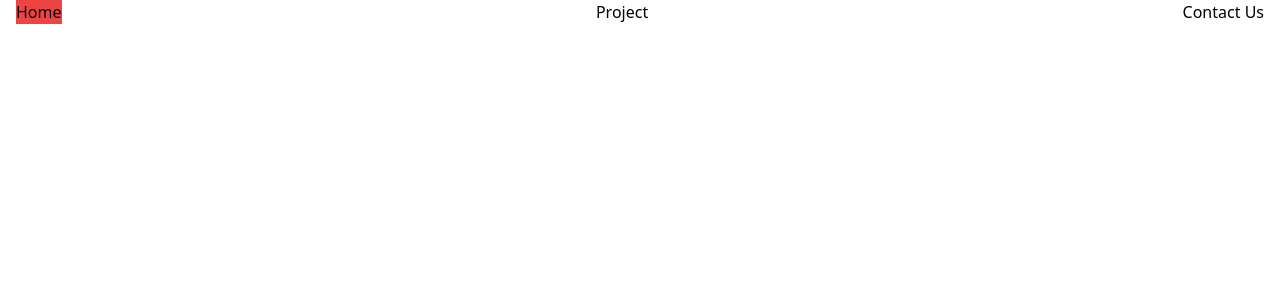
Repository: ashut6138/RozarpayClone
Page: Desktop/RozarpayClone/index.html
The author's editor kept a copy of each file at every save. The page is drawn from the files as they stood at one save, then again after a run of saves.
The browser window is 1280 px wide. The pictures show the whole page.
Some web libraries are served in a nearby version.

Above is the page before, as saved 2025-01-21 23:07:15.

### Desktop/RozarpayClone/index.html
<!DOCTYPE html>
<html lang="en">
<head>
    <meta charset="UTF-8">
    <meta name="viewport" content="width=device-width, initial-scale=1.0">
    <title>tailwind intro</title>
    <link rel="stylesheet" href="./main.css">
    <script src="https://cdn.tailwindcss.com"></script>
</head>
<body>
    <nav>
        <ul class="flex justify-between">
            <li class="mx-4 bg-red-500">Home</li>
            <li class="mx-4 bg-white">Project</li>
            <li class="mx-4 bg">Contact Us</li>
        </ul>
    </nav>

</body>
</html>

Loaded but not shown: Desktop/RozarpayClone/main.css (common file)

After the next 3 saves:
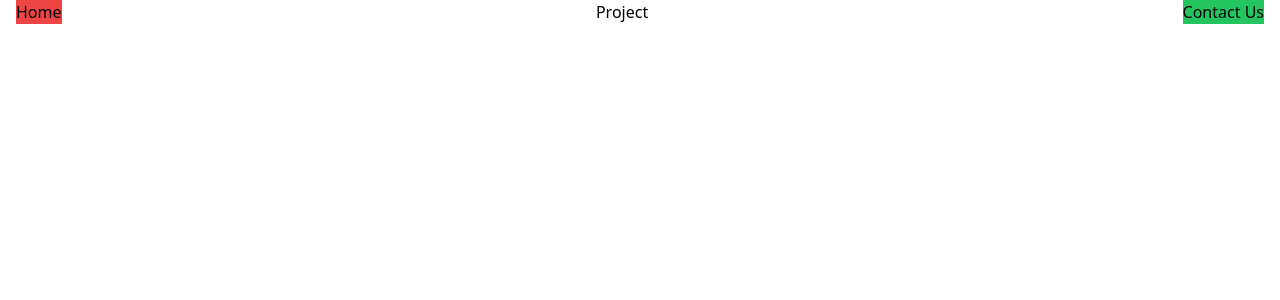
The 3 saves are shown as one change because they came seconds apart.
The last was saved 9 s later.
--- a/Desktop/RozarpayClone/index.html
+++ b/Desktop/RozarpayClone/index.html
@@ -12,7 +12,7 @@
         <ul class="flex justify-between">
             <li class="mx-4 bg-red-500">Home</li>
             <li class="mx-4 bg-white">Project</li>
-            <li class="mx-4 bg">Contact Us</li>
+            <li class="mx-4 bg-green-500">Contact Us</li>
         </ul>
     </nav>
 
